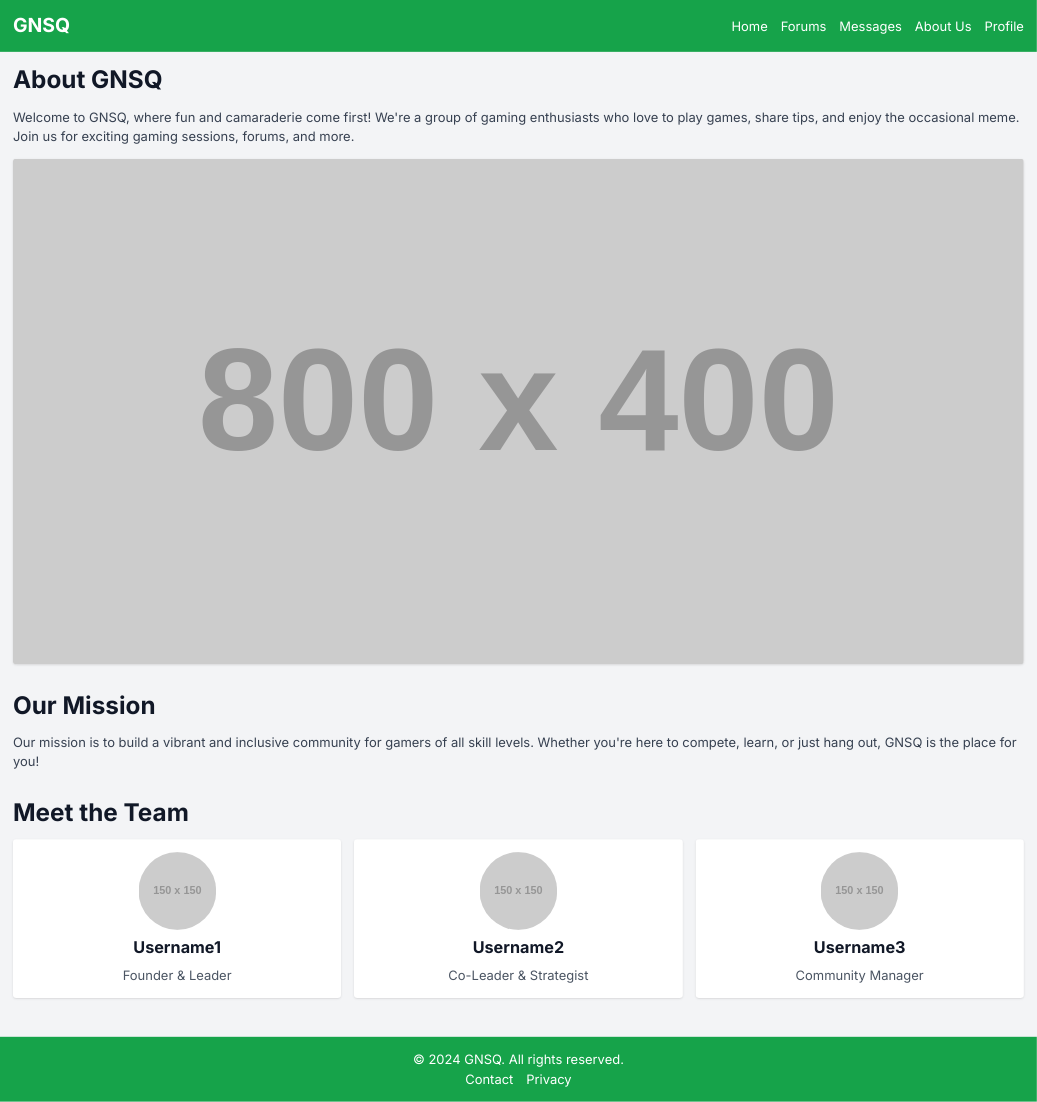
Repository: x9751/test.gnsq.org
Page: /about
The author's editor kept a copy of each file at every save. The page is drawn from the files as they stood at one save, then again after a run of saves.
The browser window is 1280 px wide. The pictures show the whole page, at 81% of full size.
The project was rebuilt for these pictures with package versions that can differ from the ones it lists, and the page was loaded fresh each time. The framework's server and built-in components were replaced by stand-ins that run in the browser. Also part of the build but not shown: next.config.mjs.

Above is the page before, as saved 2024-07-05 17:46:43.

After the next 2 saves:
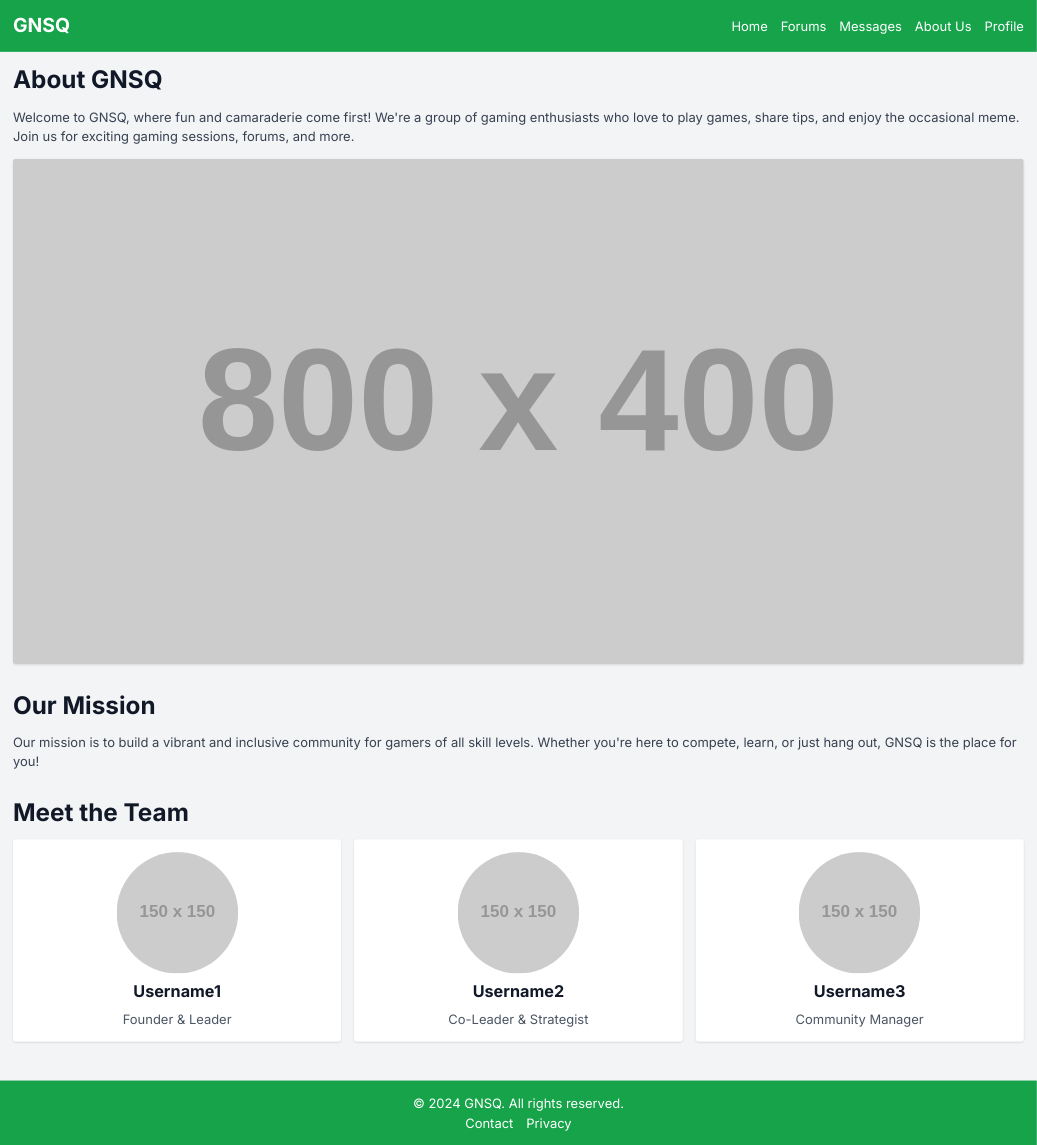
The 2 saves are shown as one change because 1 did not build or start.
The last was saved 2 days later.
--- a/src/app/about/page.tsx
+++ b/src/app/about/page.tsx
@@ -1,3 +1,4 @@
+import Image from "next/image";
 import Footer from "../components/footer";
 import Header from "../components/header";
 
@@ -33,10 +34,12 @@
 						and enjoy the occasional meme. Join us for exciting gaming sessions,
 						forums, and more.
 					</p>
-					<img
+					<Image
 						src="https://via.placeholder.com/800x400"
 						alt="Gaming Group"
 						className="w-full rounded shadow"
+						width={800}
+						height={400}
 					/>
 				</section>
 				<section className="mb-8">
@@ -55,10 +58,12 @@
 								key={member.name}
 								className="bg-white p-4 rounded shadow text-center"
 							>
-								<img
+								<Image
 									src={member.imgSrc}
 									alt={member.name}
-									className="w-24 h-24 rounded-full mx-auto mb-2"
+									width={150}
+									height={150}
+									className="rounded-full mx-auto mb-2"
 								/>
 								<h3 className="text-xl font-bold mb-2">{member.name}</h3>
 								<p className="text-gray-600">{member.role}</p>
